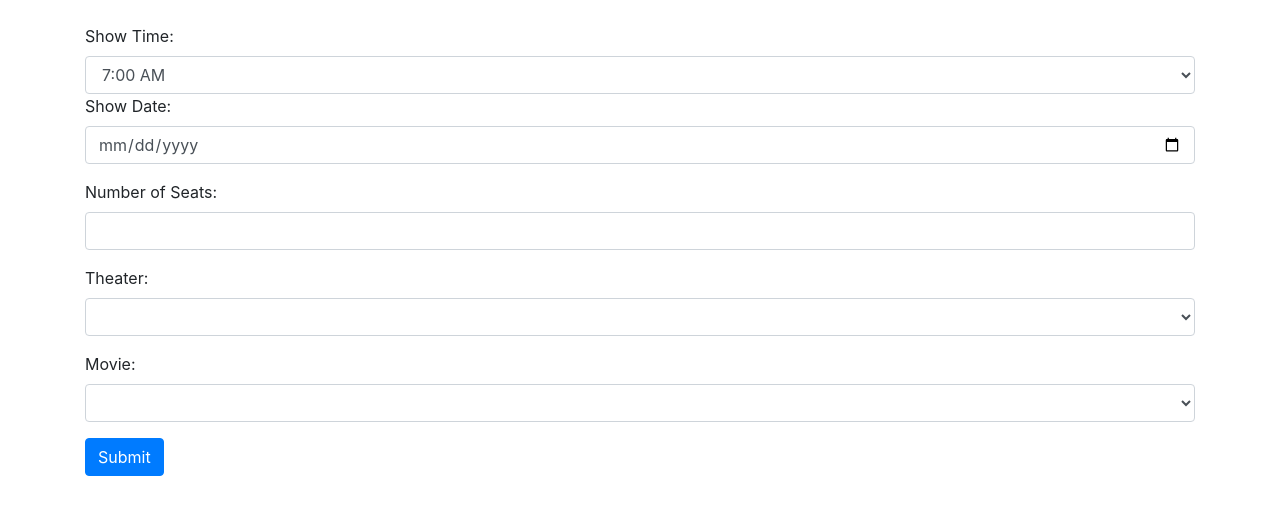
Repository: Anwithgowda/bank-app
Page: http://localhost/movie-book-app/addshow.jsp
An editor plug-in stored every save of this project. The page is shown before and after the next save, followed by the edit.
The browser window is 1280 px wide. The pictures show the whole page.
The page is served by Tomcat 10. The template is opened directly, without the code that normally fills it, so the values that code supplies are empty.

Above is the page before, as saved 2024-03-01 12:09:05.

After the next save:
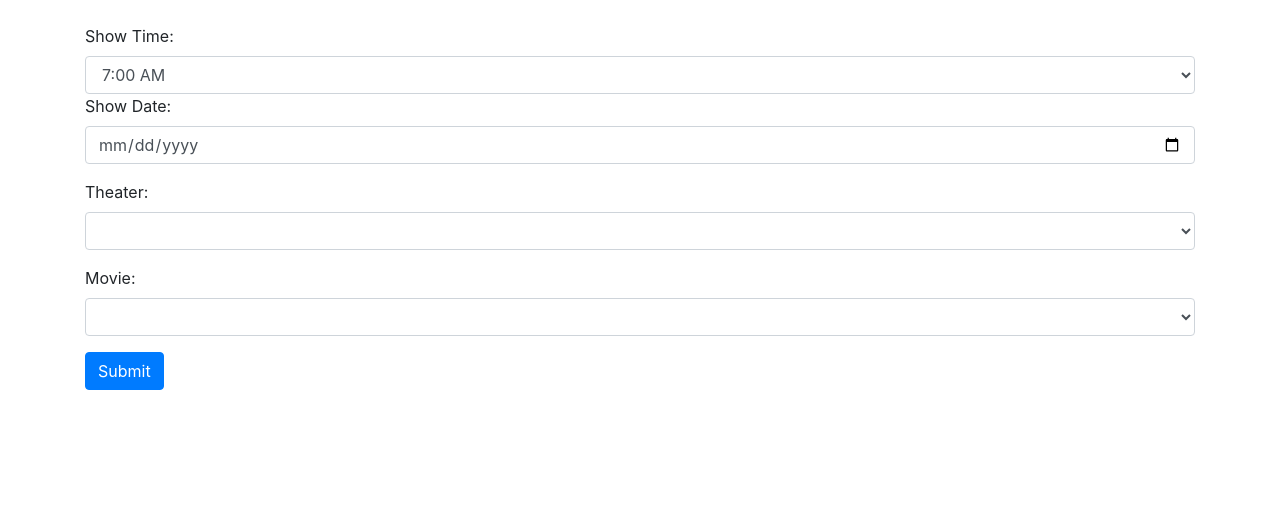
Saved 78 s later.
--- a/movieapp/movie-book-app/src/main/webapp/addshow.jsp
+++ b/movieapp/movie-book-app/src/main/webapp/addshow.jsp
@@ -35,11 +35,11 @@
 				</div>
 
 
-				<div class="form-group">
+				<!-- <div class="form-group">
 					<label for="numberOfSeats">Number of Seats:</label> <input
 						type="number" class="form-control" id="numberOfSeats"
 						name="numberOfSeats" required>
-				</div>
+				</div> -->
 
 				<div class="form-group">
 					<label for="theater">Theater:</label> <select class="form-control"

After the save that followed:
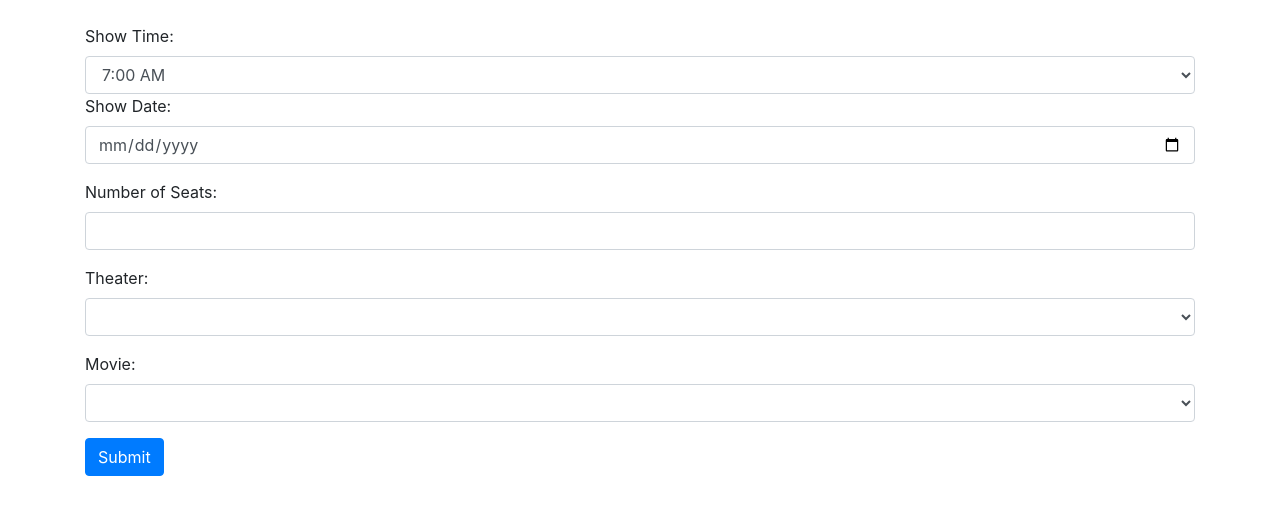
Saved 87 s later.
--- a/movieapp/movie-book-app/src/main/webapp/addshow.jsp
+++ b/movieapp/movie-book-app/src/main/webapp/addshow.jsp
@@ -35,11 +35,11 @@
 				</div>
 
 
-				<!-- <div class="form-group">
+				<div class="form-group">
 					<label for="numberOfSeats">Number of Seats:</label> <input
 						type="number" class="form-control" id="numberOfSeats"
 						name="numberOfSeats" required>
-				</div> -->
+				</div>
 
 				<div class="form-group">
 					<label for="theater">Theater:</label> <select class="form-control"
